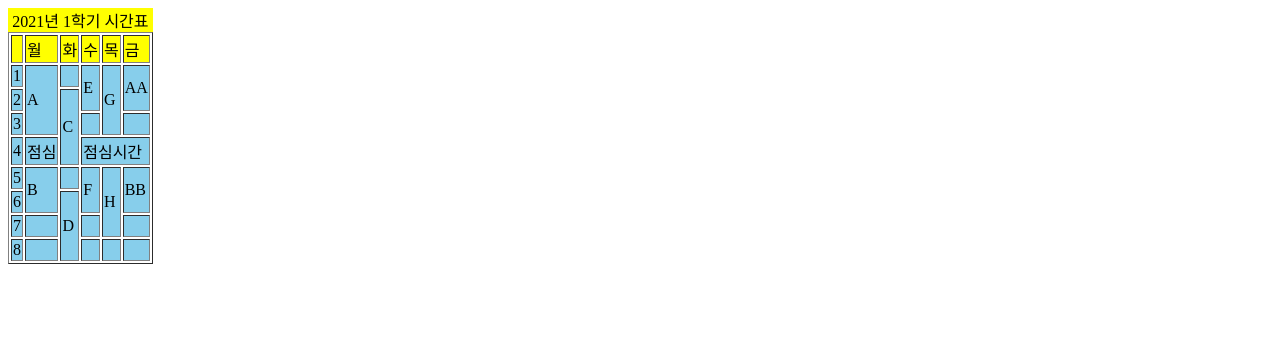
Repository: o-ddong/JSP
Page: ch1_html/WebContent/hello.html
An editor plug-in stored every save of this project. The page is shown before and after a run of saves, followed by the edit.
The browser window is 1280 px wide. The pictures show the whole page.

Above is the page before, as saved 2021-03-03 06:01:52.

After the next 2 saves:
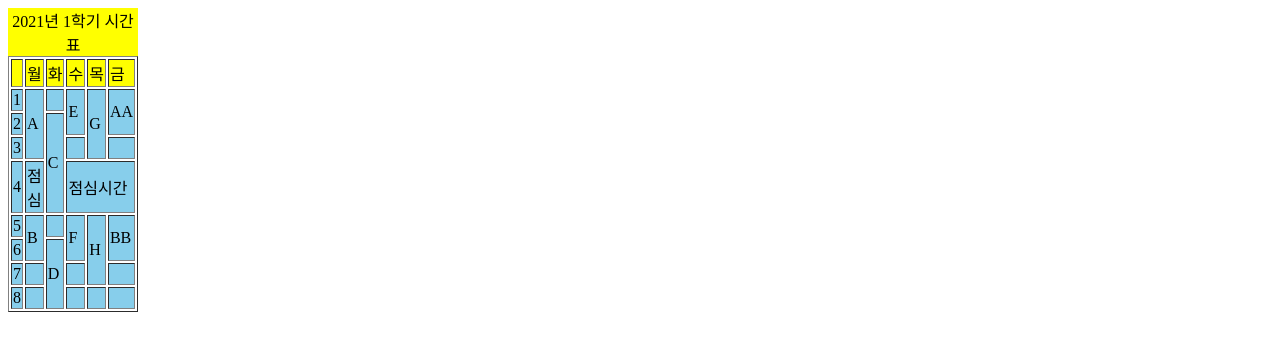
The 2 saves are shown as one change because they came seconds apart.
The last was saved 20 s later.
--- a/ch1_html/WebContent/hello.html
+++ b/ch1_html/WebContent/hello.html
@@ -10,7 +10,7 @@
 </head>
 <body>
 
-<table border="1"; width:100px;>
+<table border="1"; width=100;>
 	<caption class=back_y>2021년 1학기 시간표</caption>
 	<tr class=back_y>
 		<td></td>
